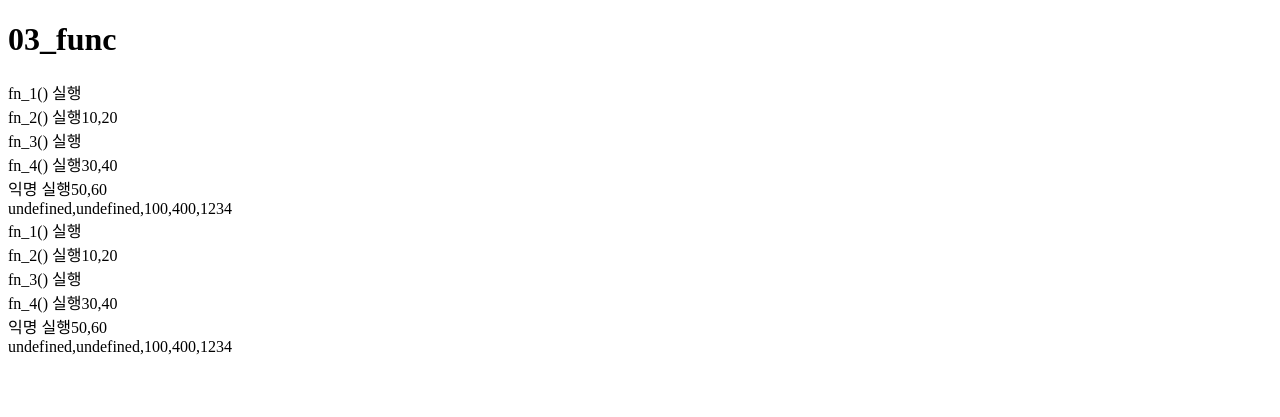
Repository: psun2/Korea-IT-Academy
Page: (back up) _ 오전/study_a/web_work/scriptProj/WebContent/array/03_func.html
The author's editor kept a copy of each file at every save. The page is drawn from the files as they stood at one save, then again after the next save.
The browser window is 1280 px wide. The pictures show the whole page.

Above is the page before, as saved 2020-08-03 02:26:19.

### (back up) _ 오전/study_a/web_work/scriptProj/WebContent/array/03_func.html
<!DOCTYPE html>
<html>
<head>
<meta charset="UTF-8">
<title>03_func</title>
</head>
<body>
<h1>03_func</h1>
<script>
	function fn_1(){
		document.write("fn_1() 실행<br>")
	}

	function fn_2(aa,bb){
		document.write("fn_2() 실행"+aa+","+bb+"<br>")
	}

	function fn_3(){
		document.write("fn_3() 실행<br>")
		return 100
	}

	function fn_4(aa,bb){
		document.write("fn_4() 실행"+aa+","+bb+"<br>")
		return 400
	}

	var aa = function(aa,bb){
		document.write("익명 실행"+aa+","+bb+"<br>")
		return 1234
	}

	var r1 = fn_1()
	var r2 = fn_2(10,20)
	var r3 = fn_3()
	var r4 = fn_4(30,40)
	var r5 = aa(50,60)

	document.write(r1+","+r2+","+r3+","+r4+","+r5+"<br>")

	var f1 = fn_1
	var f2 = fn_2
	var f3 = fn_3
	var f4 = fn_4
	var bb = aa

	var rr1 = f1()
	var rr2 = f2(10,20)
	var rr3 = f3()
	var rr4 = f4(30,40)
	var rr5 = bb(50,60)

	document.write(rr1+","+rr2+","+rr3+","+rr4+","+rr5+"<br>")

</script>
</body>
</html>

After the next save:
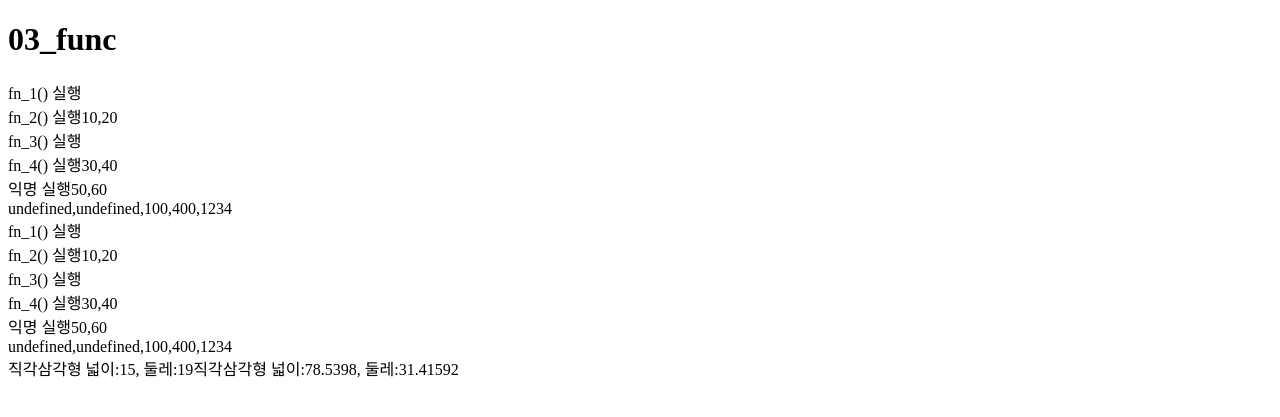
Saved 22 min 58 s later.
--- a/(back up) _ 오전/study_a/web_work/scriptProj/WebContent/array/03_func.html
+++ b/(back up) _ 오전/study_a/web_work/scriptProj/WebContent/array/03_func.html
@@ -52,6 +52,22 @@
 
 	document.write(rr1+","+rr2+","+rr3+","+rr4+","+rr5+"<br>")
 
+
+	function triangle(w, h, l){
+		var area = w*h /2
+		var border = w+h+l
+		document.write("직각삼각형  넓이:"+area+", 둘레:"+border)
+	}
+	function circle(r){
+		var pi = 3.141592
+		var area = r*r*pi
+		var border = r*2*pi
+		document.write("직각삼각형  넓이:"+area+", 둘레:"+border)
+	}
+
+	triangle(5,6,8)
+	circle(5)
+
 </script>
 </body>
 </html>
